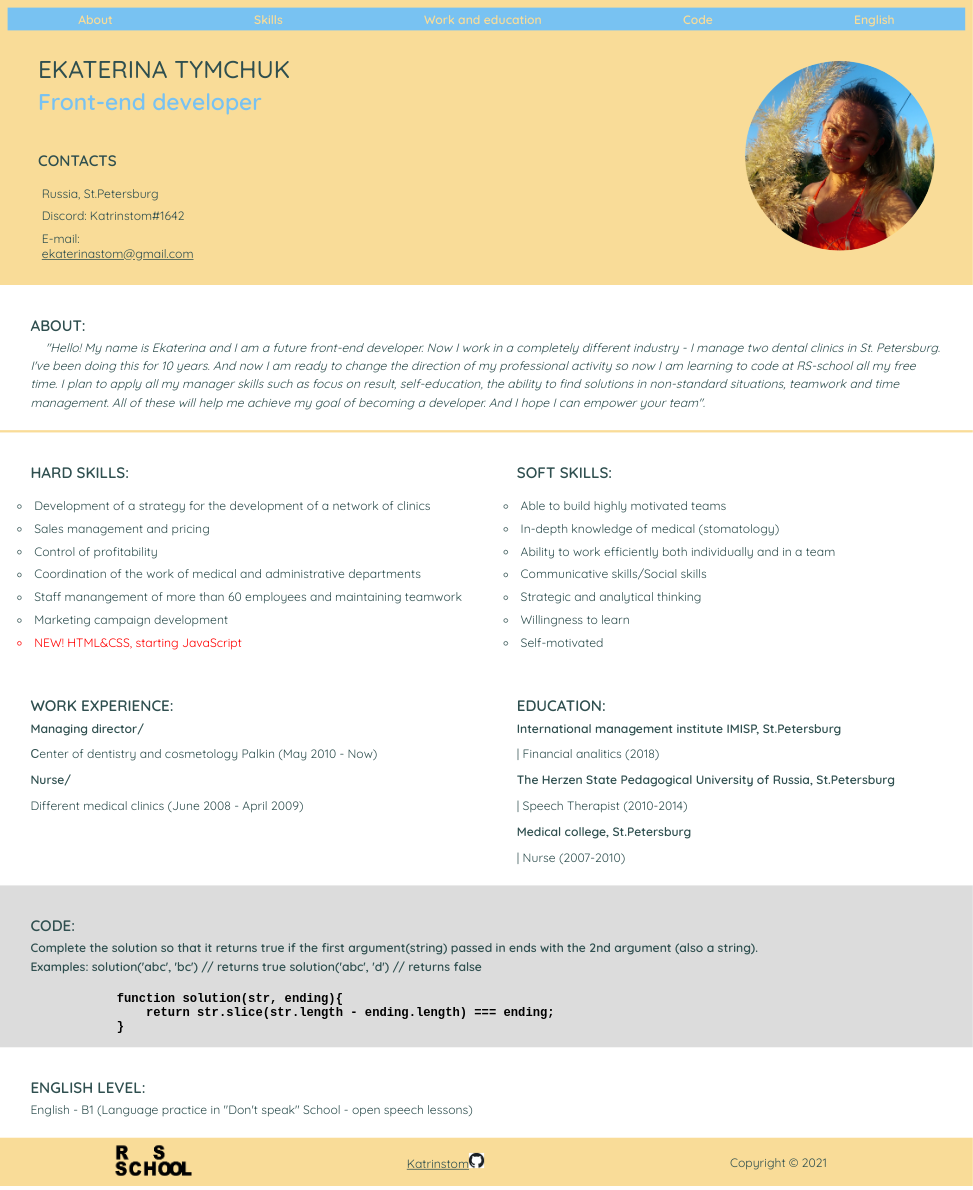
Repository: Katrinstom/rsschool-cv
Page: index.html
The author's editor kept a copy of each file at every save. The page is drawn from the files as they stood at one save, then again after the next save.
The browser window is 1280 px wide. The pictures show the whole page, at 76% of full size.

Above is the page before, as saved 2022-01-02 23:45:20.

After the next save:
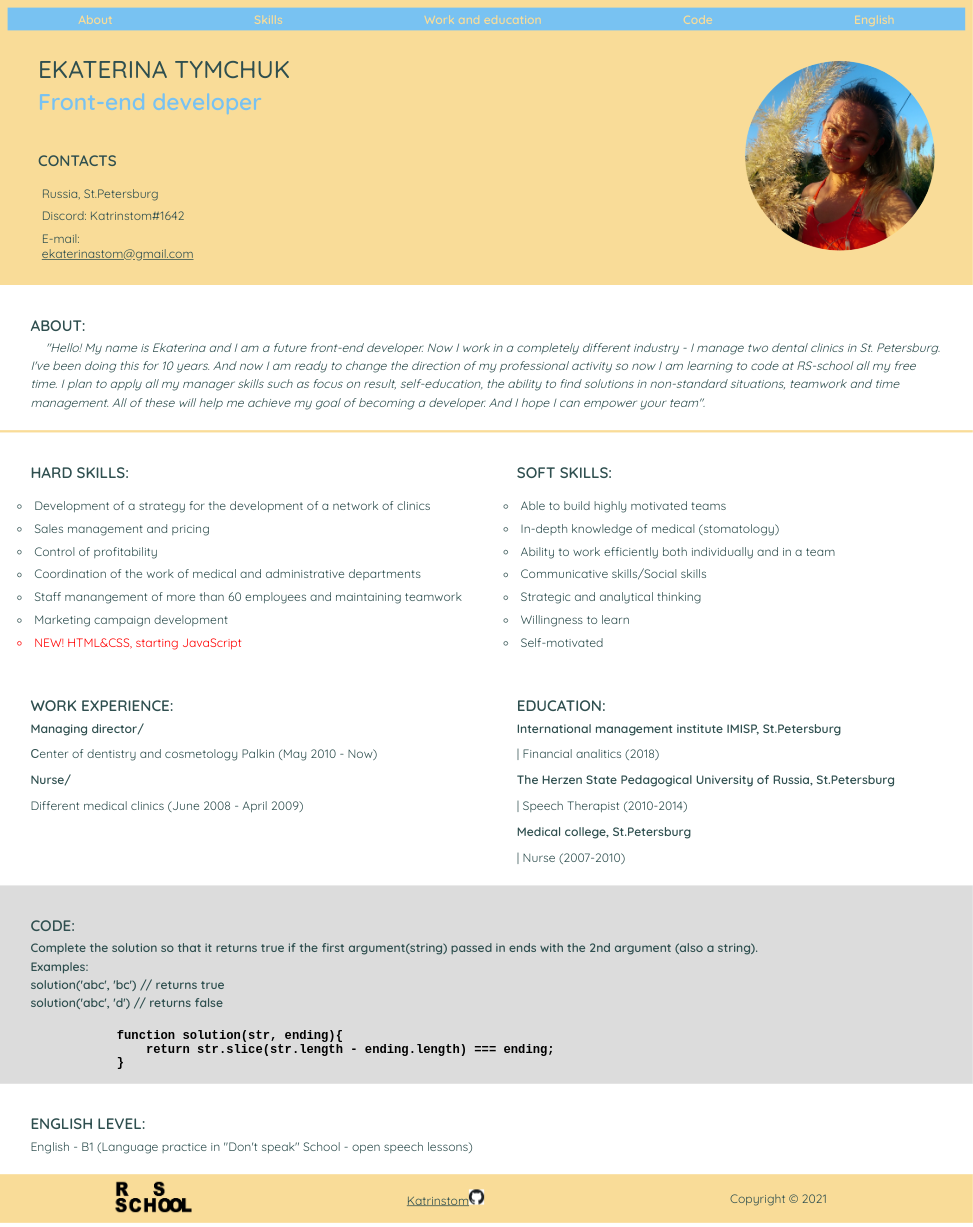
Saved 27 s later.
--- a/index.html
+++ b/index.html
@@ -88,8 +88,8 @@
                 <h4>Code:</h4>
                 <p>Complete the solution so that it returns true if the first argument(string) passed in ends with the 2nd argument (also a string).
                 <br>Examples:
-                    solution('abc', 'bc') // returns true
-                    solution('abc', 'd') // returns false</p>
+                <br>solution('abc', 'bc') // returns true
+                <br>solution('abc', 'd') // returns false</p>
                 <pre><code>
                 function solution(str, ending){
                     return str.slice(str.length - ending.length) === ending;
